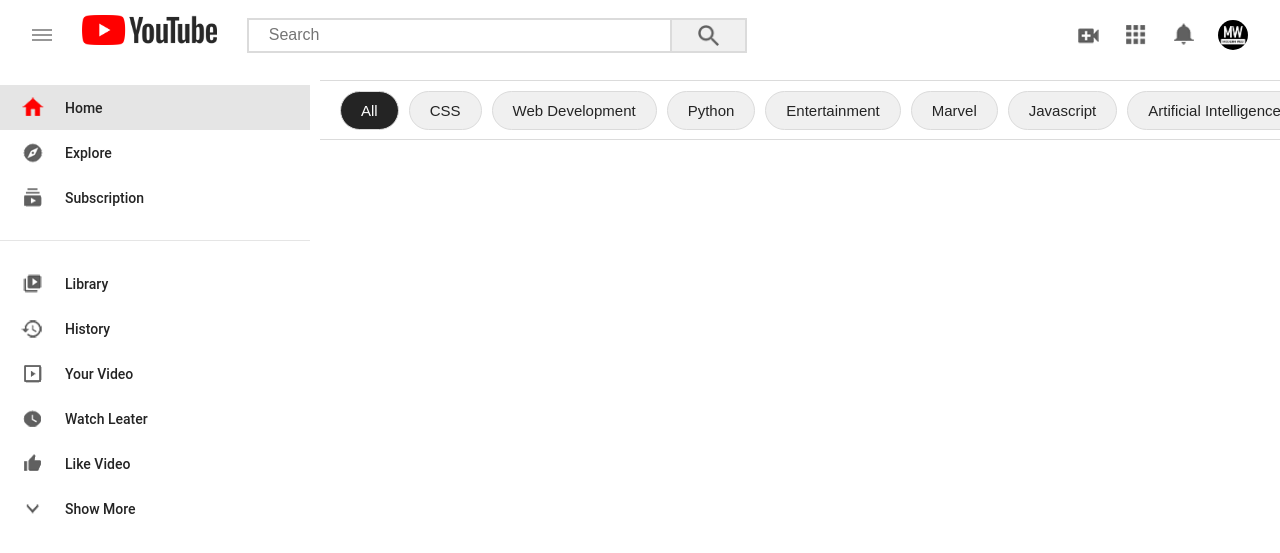
Repository: ds-mbappe/YouTube-Clone-UI
Page: index.html
The author's editor kept a copy of each file at every save. The page is drawn from the files as they stood at one save, then again after the next save.
The browser window is 1280 px wide. The pictures show the whole page.
The page's requests for data from a server got no answer.

Above is the page before, as saved 2021-08-03 00:13:39.

### index.html
<!DOCTYPE html>
<html lang="en">
<head>
    <meta charset="UTF-8">
    <meta http-equiv="X-UA-Compatible" content="IE=edge">
    <meta name="viewport" content="width=device-width, initial-scale=1.0">
    <link rel="stylesheet" href="styles.css"/>
    <title>YouTube</title>
</head>
<body>
    <nav class="navbar">
        <div class="toggle-btn">
            <span></span>
            <span></span>
            <span></span>
        </div>
        <img src="img/logo.PNG" class="logo" alt="">
        <div class="search-box">
            <input type="text" class="search-bar" placeholder="search">
            <button class="search-btn"><img src="img/search.PNG" alt=""></button>
        </div>
        <div class="user-options">
            <img src="img/video.PNG" class="icon" alt="">
            <img src="img/grid.PNG" class="icon" alt="">
            <img src="img/bell.PNG" class="icon" alt="">
            <div class="user-dp">
                <img src="img/profile-pic.png" alt="">
            </div>
        </div>
    </nav>
    <div class="side-bar">
        <a href="#" class="links active"><img src="img/home.PNG" alt="">home</a>
        <a href="#" class="links"><img src="img/explore.PNG" alt="">explore</a>
        <a href="#" class="links"><img src="img/subscription.PNG" alt="">subscription</a>
        <hr class="seperator">
        <a href="#" class="links"><img src="img/library.PNG" alt="">library</a>
        <a href="#" class="links"><img src="img/history.PNG" alt="">history</a>
        <a href="#" class="links"><img src="img/your-video.PNG" alt="">your video</a>
        <a href="#" class="links"><img src="img/watch-later.PNG" alt="">watch leater</a>
        <a href="#" class="links"><img src="img/liked video.PNG" alt="">like video</a>
        <a href="#" class="links"><img src="img/show more.PNG" alt="">show more</a>
    </div>
    <div class="filters">
        <button class="filter-options active">all</button>
        <button class="filter-options">CSS</button>
        <button class="filter-options">web development</button>
        <button class="filter-options">python</button>
        <button class="filter-options">entertainment</button>
        <button class="filter-options">marvel</button>
        <button class="filter-options">javascript</button>
        <button class="filter-options">artificial intelligence</button>
        <button class="filter-options">machine learning</button>
        <button class="filter-options">trending</button>
    </div>
    <hr class="seperator">
    <div class="video-container">
        <!-- <div class="video">
            <img src="img/profile-pic.png" class="thumbnail" alt="">
            <div class="content">
                <img src="img/profile-pic.png" class="channel-icon" alt="">
                <div class="info">
                    <h4 class="title">youtube clone 2021 | create working youtube clone</h4>
                    <p class="channel-name">modern web</p>
                </div>
            </div>
        </div> -->
    </div>

    <script src="app.js"></script>

</body>
</html>

### styles.css
* {
  margin: 0;
  padding: 0;
  box-sizing: border-box;
}

*:focus {
  outline: none;
}

body {
  position: relative;
  font-family: "roboto", sans-serif;
}

.navbar {
  position: fixed;
  top: 5px;
  left: 0;
  width: 100%;
  height: 60px;
  background: #fff;
  display: flex;
  align-items: center;
  padding: 0 2.5vw;
}

.toggle-btn {
  width: 20px;
  height: 10px;
  position: relative;
  cursor: pointer;
}

.toggle-btn span {
  position: absolute;
  width: 100%;
  height: 2px;
  top: 50%;
  transform: translateY(-50%);
  background: #979797;
}

.toggle-btn span:nth-child(1) {
  top: 0;
}

.toggle-btn span:nth-child(3) {
  top: 100%;
}

.logo {
  height: 30px;
  margin: -10px 30px 0;
}

.search-box {
  position: relative;
  max-width: 500px;
  width: 50%;
  height: 35px;
  display: flex;
}

.search-bar {
  width: 85%;
  height: 100%;
  border: 2px solid #dbdbdb;
  padding: 0 20px;
  font-size: 16px;
  text-transform: capitalize;
}

.search-btn {
  width: 15%;
  height: 100%;
  background: #f0f0f0;
  border: 2px solid #dbdbdb;
  padding: 5px 0;
  border-left: none;
}

.search-btn img {
  height: 100%;
}

.user-options {
  height: 35px;
  display: flex;
  margin-left: auto;
  align-items: center;
}

.user-options .icon {
  height: 80%;
  margin-right: 20px;
  cursor: pointer;
}

.user-dp {
  cursor: pointer;
  height: 30px;
  width: 30px;
  border-radius: 50%;
  overflow: hidden;
}

.user-dp img {
  width: 100%;
  height: 100%;
  object-fit: cover;
}

.side-bar {
  position: fixed;
  top: 85px;
  left: 0;
  min-width: 320px;
  width: 250px;
  height: calc(100vh - 60px);
  background: #fff;
  padding-right: 10px;
}

.links {
  display: block;
  width: 100%;
  padding: 10px 20px;
  display: flex;
  align-items: center;
  text-transform: capitalize;
  color: #242424;
  font-size: 14px;
  font-weight: 500;
  text-decoration: none;
}

.links img {
  height: 25px;
  margin-right: 20px;
}

.links:hover,
.links.active {
  background: rgba(0, 0, 0, 0.1);
}

.seperator {
  border: none;
  border-bottom: 1px solid rgba(0, 0, 0, 0.1);
  margin: 20px 0;
}

.filters {
  position: fixed;
  left: 320px;
  top: 80px;
  width: calc(100% - 250px);
  height: 60px;
  background: #fff;
  border-top: 1px solid #dbdbdb;
  border-bottom: 1px solid #dbdbdb;
  padding: 0 20px;
  display: flex;
  align-items: center;
  overflow-x: auto;
  overflow-y: hidden;
}

.filters::-webkit-scrollbar {
  display: none;
}

.filter-options {
  flex: 0 0 auto;
  padding: 10px 20px;
  border-radius: 50px;
  background: #f0f0f0;
  border: 1px solid #dbdbdb;
  text-transform: capitalize;
  margin-right: 10px;
  color: #242424;
  font-size: 15px;
  cursor: pointer;
}

.filter-options.active {
  color: #fff;
  background: #242424;
}

.video-container {
  width: calc(100% - 250px);
  margin-top: 120px;
  margin-left: 250px;
  padding: 20px;
  display: grid;
  grid-template-columns: repeat(4, 25%);
  grid-gap: 25px 15px;
  overflow-x: hidden;
}

.video {
  min-height: 250px;
  height: auto;
  cursor: pointer;
}

.thumbnail {
  width: 100%;
  height: 150px;
  object-fit: cover;
}

.content {
  width: 100%;
  height: 100px;
  padding: 10px;
  display: flex;
}

.channel-icon {
  width: 40px;
  height: 40px;
  border-radius: 50%;
  object-fit: cover;
  margin-right: 10px;
}

.title {
  width: 100%;
  overflow: hidden;
}

.channel-name {
  font-size: 14px;
  margin: 2px 0;
  margin-top: 5px;
  color: #979797;
}

### app.js
let api_key = "AIzaSyDHsb2XFQC_A5c3sgJTcE1WiZPR0dXluDA";
let video_http = "https://www.googleapis.com/youtube/v3/videos?";
let channel_http = "https://www.googleapis.com/youtube/v3/channels?";

fetch(video_http + new URLSearchParams({
    key: api_key,
    part: 'snippet',
    chart: 'mostPopular',
    maxResults: 50,
    regionCode: 'FR'
})).then(res => res.json()).then(data => {
    data.items.forEach(item => {
        getChannelIcon(item);
    })
}).catch(err => console.log(err));

const getChannelIcon = (video_data) => {
    fetch(channel_http + new URLSearchParams({
        key: api_key,
        part: 'snippet',
        id: video_data.snippet.channelId
    }))
    .then(res => res.json())
    .then(data => {
        video_data.channelThumbnail = data.items[0].snippet.thumbnails.default.url;
        makeVideoCard(video_data);
    })
}

const videoCardContainer = document.querySelector('.video-container');

const makeVideoCard = (data) => {
    videoCardContainer.innerHTML += `
    <div class="video" onclick="location.href = 'https://youtube.com/watch?v=${data.id}'">
        <img src="${data.snippet.thumbnails.high.url}" class="thumbnail" alt="">
        <div class="content">
            <img src="${data.channelThumbnail}" class="channel-icon" alt="">
            <div class="info">
                <h4 class="title">${data.snippet.title}</h4>
                <p class="channel-name">${data.snippet.channelTitle}</p>
            </div>
        </div>
    </div>
    `;
}

const searchInput = document.querySelector('.search-bar');
const searchBtn = document.querySelector('.search-btn');
let searchLink = "https://www.youtube.com/results?search_query=";

searchBtn.addEventListener('click', () => {
    if(searchInput.value.length){
        location.href = searchLink + searchInput.value;
    }
})

After the next save:
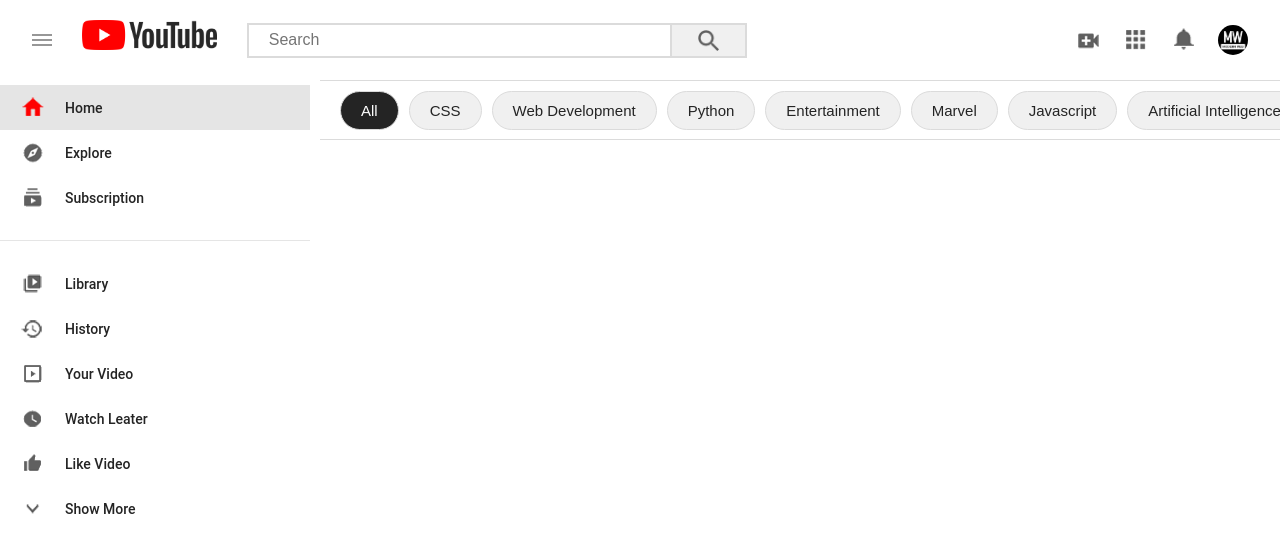
Saved 12 s later.
--- a/styles.css
+++ b/styles.css
@@ -15,7 +15,7 @@
 
 .navbar {
   position: fixed;
-  top: 5px;
+  top: 10px;
   left: 0;
   width: 100%;
   height: 60px;
